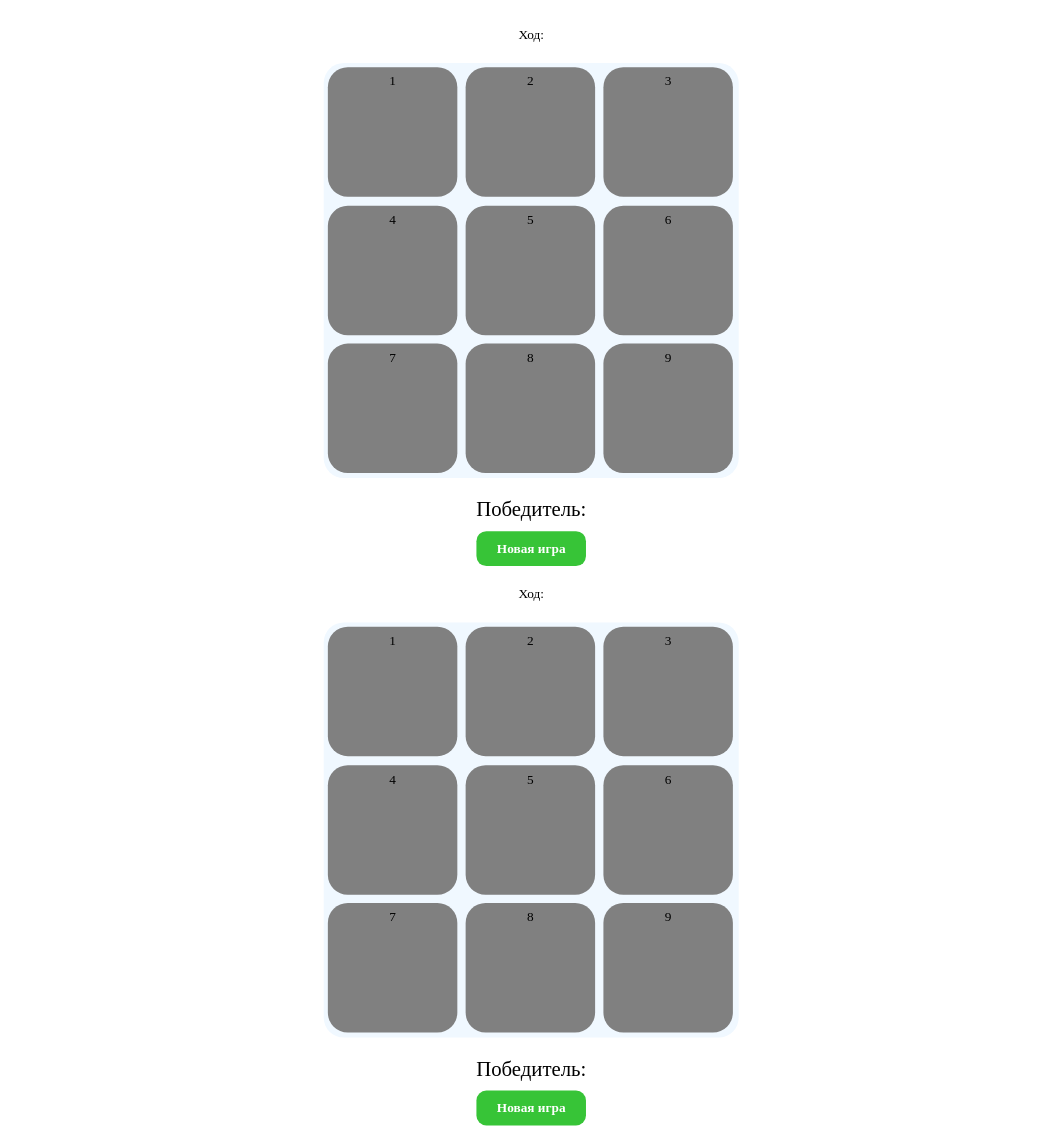
Repository: Pavel1776/krestik
Page: index.html
These files come from the project's save history. The page is drawn as it stood at one moment and after the next save; the edit follows.
The browser window is 1280 px wide. The pictures show the whole page, at 83% of full size.

Above is the page before, as saved 2025-09-15 16:58:41.
Console error: ReferenceError: let is not defined

After the next save:
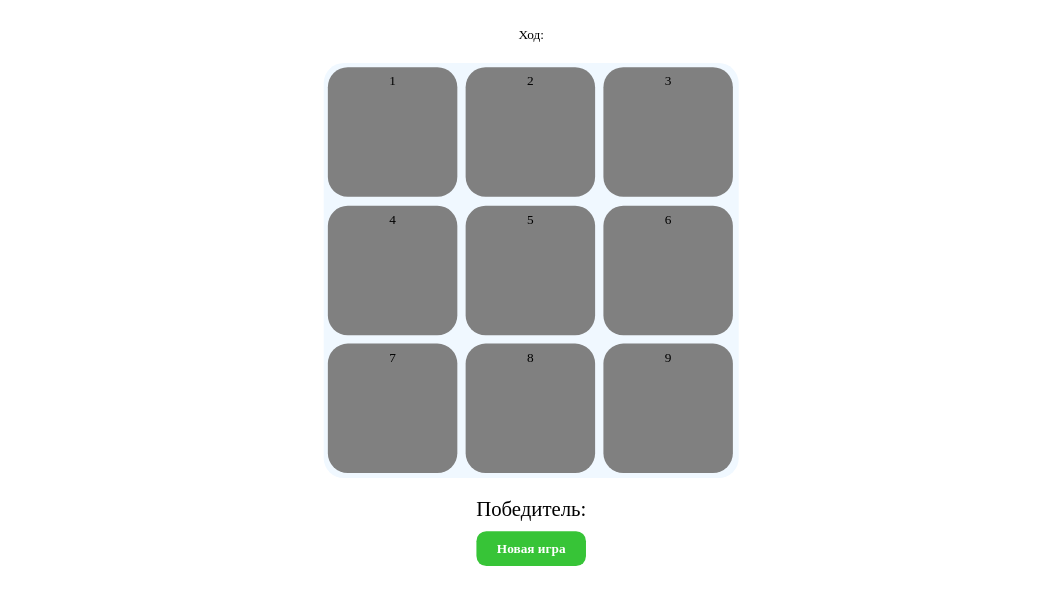
Saved 6 s later.
--- a/index.html
+++ b/index.html
@@ -11,7 +11,7 @@
 <body>
   <main>
     <div class="blockwo">
-      <div class="Text">Ход: <span id="spanwo"></span></div>
+      <div class="Text">Ход: <span id="spanWo"></span></div>
     </div>
 
     <div class="blockArea" id="blockArea">
@@ -42,47 +42,3 @@
 </body>
 
 </html>
-<!DOCTYPE html>
-<html lang="en">
-
-<head>
-  <meta charset="UTF-8">
-  <meta name="viewport" content="width=device-width, initial-scale=1.0">
-  <link href="style.css" rel="stylesheet">
-  <title>крестики-нолики</title>
-</head>
-
-<body>
-  <main>
-    <div class="blockwo">
-      <div class="Text">Ход: <span id="spanwo"></span></div>
-    </div>
-
-    <div class="blockArea" id="blockArea">
-      <div class="blockItem">1</div>
-      <div class="blockItem">2</div>
-      <div class="blockItem">3</div>
-
-      <div class="blockItem">4</div>
-      <div class="blockItem">5</div>
-      <div class="blockItem">6</div>
-
-      <div class="blockItem">7</div>
-      <div class="blockItem">8</div>
-      <div class="blockItem">9</div>
-    </div>
-
-    <div class="blokWinner" id="blokWinner">
-      <div class="textWin">Победитель: <span id="spanWin"></span></div>
-      <div class="btnNewGame" id="btnNewGame">Новая игра</div>
-    </div>
-
-
-
-
-
-  </main>
-
-</body>
-
-</html>
